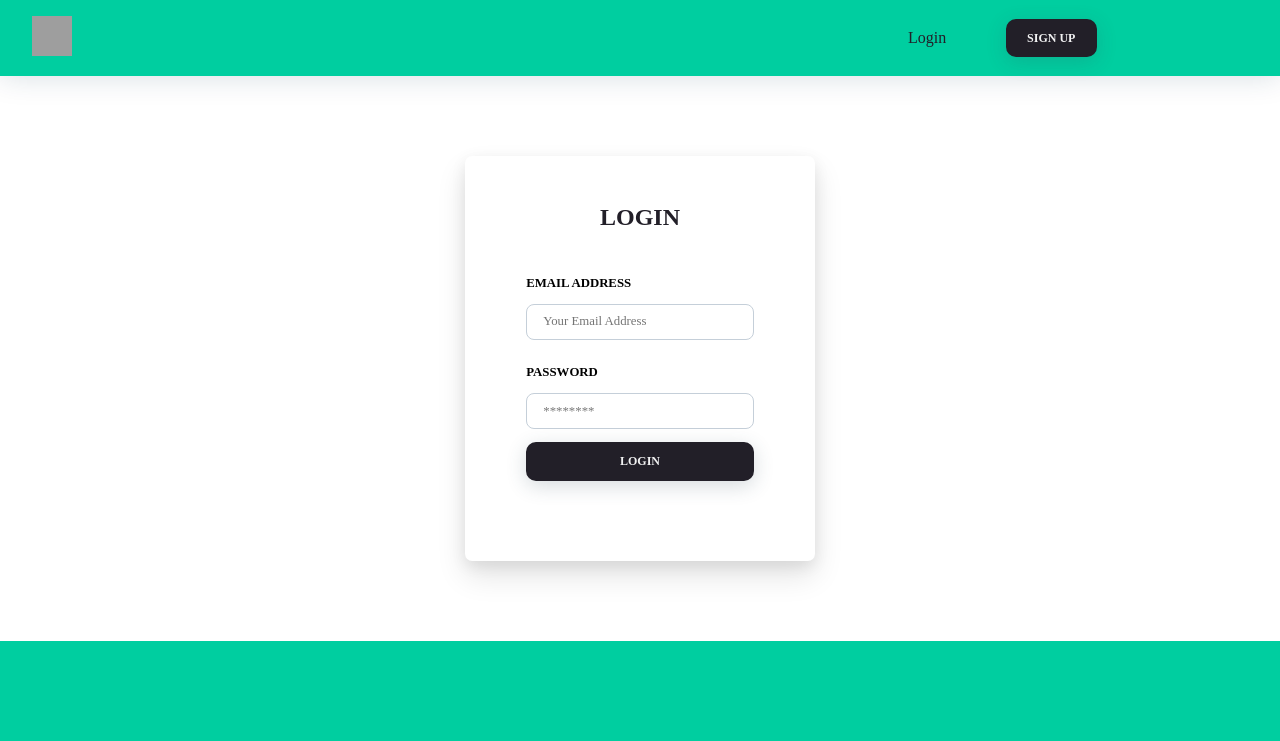
Repository: Gfreedoms/Epic-Mail
Page: pages/login.html
These files come from the project's save history. The page is drawn as it stood at one moment and after the next save; the edit follows.
The browser window is 1280 px wide. The pictures show the whole page.
Pictures or frames that could not be fetched are drawn as grey boxes. Some web fonts or font styles are not loaded; a fallback is used.

Above is the page before, as saved 2019-02-25 10:46:32.

### pages/login.html
<!DOCTYPE html>
<html lang="en">

<head>
	<meta charset="UTF-8">
	<meta name="viewport" content="width=device-width, initial-scale=1.0">
	<meta http-equiv="X-UA-Compatible" content="ie=edge">
	<link rel="apple-touch-icon" sizes="180x180" href="../assets/favicon/apple-touch-icon.png">
	<link rel="icon" type="image/png" sizes="32x32" href="../assets/favicon/favicon-32x32.png">
	<link rel="icon" type="image/png" sizes="16x16" href="../assets/favicon/favicon-16x16.png">
	<link rel="manifest" href="../assets/favicon/site.webmanifest">
	<link rel="mask-icon" href="../assets/favicon/safari-pinned-tab.svg" color="#5bbad5">
	<meta name="msapplication-TileColor" content="#da532c">
	<meta name="theme-color" content="#ffffff">
	<link rel="stylesheet" href="../styles/base.css">
	<link rel="stylesheet" href="../styles/format.css">
	<title>Login | EPIC MAIL - ANDELA BOOTCAMP</title>
</head>

<body>
	<!-- Navigation Section Starts -->
	<section id="navigation">
		<nav class="navbar">
			<a href="../" id="nav-brand">
				<img src="../assets/imgs/logo.svg" alt="">
			</a>
			<ul class="nav-menu">
				<li class="visibility"><a class="hover-t" href="./meetup.html">Meetups</a></li>
				<li class="visibility"><a class="hover-t" href="./questions.html">Questions</a></li>
				<li><a class="hover-t" href="./login.html">Login</a></li>
				<li><a class="reg-btn box-sh-dark hover-lg" href="./register.html">Sign Up</a></li>
			</ul>
			<a id="menu" href="">
				<img src="../assets/imgs/menu.svg" alt="">
			</a>
		</nav>
	</section>
	<!-- Navigation Section Ends -->

	<!-- SideBar Nav -->
	<ul id="sidebar" class="navbar-side side-hidden">
		<li><a href="./meetup.html">Meetups</a></li>
		<li><a href="./questions.html">Questions</a></li>
		<li><a href="./login.html">Login</a></li>
		<li><a class="" href="./register.html">SignUp</a></li>
	</ul>
	<!-- End SideBar Nav -->

	<div class="container">
		<div id="login-form" class="card mauto m4 p3">
			<form action="/" method="POST">
				<div class="container">
					<h3 class="md-text">Login</h3>
					<div class="m1 input">
						<label class="m1" for="name">Email Address</label>
						<input class="p1 b-rsm" type="text" name="email" placeholder="Your Email Address">
					</div>
					<div class="m1 input">
						<label class="m1" for="name">Password</label>
						<input class="p1 b-rsm" type="password" name="password" placeholder="********">
					</div>
					<div class="m2 input">
						<a class="reg-btn box-sh-dark hover-lg" href="./admin/profile.html">Login</a>
					</div>
				</div>
			</form>
		</div>
	</div>

	<footer class="bg-secondary">

	<script src="../scripts/index.js"></script>
</body>

</html>

### styles/base.css
@import url('./fonts.css');

* {
	margin: 0;
	padding: 0;
	box-sizing: border-box;
}

a {
	color: #221F28;
	text-decoration: none;
}

#navigation {
	z-index: 1;
	background: #00cea0;
	/* background: #F1F1F2; */
	width: 100%;
	height: auto;
	padding: 1rem 2rem;
	box-shadow: 0 0 30px rgba(7, 51, 84, .17);
	-webkit-box-shadow: 0 0 30px rgba(7, 51, 84, .17);
	-moz-box-shadow: 0 0 30px rgba(7, 51, 84, .17);
}

#nav-brand img {
    height: 40px;
    width: 40px;
}

.navbar {
	display: grid;
	grid-template-columns: 20% 40%;
	grid-gap: 30%;
	align-items: center;
}

.navbar-side {
	height: 100%;
	background: #F1F1F2;
	position: absolute;
	z-index: 9999;
	width: 350px;
	/* box-shadow: 9px -1px 29px 1px; */
	box-shadow: 13px 0px 22px -10px rgba(35, 31, 41, 0.44);
	padding: 20px;
	list-style-type: none;
}

.navbar-side li {
	padding: 20px 10px;
}

.navbar-side li:hover {
	background: #221F28;
	color: #F1F1F2;
}

.navbar-side li:hover>a {
	color: #F1F1F2;
}

.navbar-side a {
	font-family: 'Circular-Book';
}

.navbar-side a:hover {
	color: #F1F1F2;
}

.side-hidden {
	margin-left: -390px;
	transition: all 0.3s ease-out;
}

.side-active {
	margin-left: 0px;
	transition: all 0.3s ease-in;
}

.nav-menu {
	list-style-type: none;
	display: flex;
	align-items: center;
}

.nav-menu li {
	justify-content: center;
	flex: auto;
	display: flex;
}

.nav-menu a {
	text-decoration: none;
}

.reg-btn {
	background: #221F28;
	color: #F1F1F2;
	padding: 0.8rem 1.2rem;
	line-height: 9px;
	font-weight: 600;
	text-transform: uppercase;
	font-size: 12px;
	border-radius: 10px;
	-webkit-border-radius: 10px;
	-moz-border-radius: 10px;
	display: block;
	transition: all .5s ease;
	-webkit-transition: all .5s ease;
	-moz-transition: all .5s ease;
	border: 2px solid #221F28;
}

.btn {
	background: #221F28;
	color: #F1F1F2;
	padding: 1.5rem 1rem;
	line-height: 9px;
	font-weight: 600;
	text-transform: uppercase;
	font-size: 1.5rem;
	border-radius: 10px;
	-webkit-border-radius: 10px;
	-moz-border-radius: 10px;
	display: block;
	transition: all .5s ease;
	-webkit-transition: all .5s ease;
	-moz-transition: all .5s ease;
	border: 2px solid #221F28;
	text-align: center;
}

.cta-btn {
	background: #F1F1F2;
	color: #221F28;
	font-family: 'Circular-Bold';
	margin: 2rem 0;
	padding: 0.8rem 1.2rem;
	line-height: 2rem;
	font-size: 2rem;
	font-weight: 600;
	text-transform: uppercase;
	font-size: 1rem;
	border-radius: 10px;
	-webkit-border-radius: 10px;
	-moz-border-radius: 10px;
	transition: all .5s ease;
	-webkit-transition: all .5s ease;
	-moz-transition: all .5s ease;
	border: 2px solid #F1F1F2;
}

.btn.sm {
	width: 40%
}

.box-sh-dark {
	-webkit-box-shadow: 0 5px 20px rgba(51, 73, 90, .2);
	box-shadow: 0 5px 20px rgba(51, 73, 90, .2);
}

#section-hero {
	padding-top: 130px;
	padding-bottom: 130px;
	background-color: #393541;
	background-image: url("data:[embedded picture, 478 characters]");
	background-attachment: fixed;
	background-size: cover;
	background-repeat: no-repeat;
	background-position: 50%;
	min-height: 600px;
	position: relative;
	width: 100%;
	display: flex;
	align-items: CENTER;
}

/* @media screen and (max-width:1680px) {} */

@media screen and (min-width: 1680px) {
	.rsvp span {
		padding: 1rem 1.4rem !important;
		color: white !important;
		border-radius: 6px !important;
		cursor: pointer !important;
	}

	.nav-menu a.hover-t {
		font-size: 1.7rem !important;
	}

	.meetups span {
		font-size: 1.4rem !important;
	}

	.m1 {
		margin-top: 3rem !important;
		margin-bottom: 0.6rem !important;
	}

	#section-hero {
		background-position: 50%;
	}

	.nav-menu a.hover-t {
		font-size: 1.3rem;
	}

	.nav-menu a {
		text-decoration: none;
		font-size: 1.1rem;
	}

	.reg-btn {
		padding: 1.5rem 1.6rem 1.5rem;
	}

	.bg-text {
		font-size: 4rem !important;
	}

	.md-text {
		font-size: 2.2rem !important;
		margin-bottom: 1rem !important;
	}

	.sm-text {
		font-size: 1.5rem !important;
	}
}

.container {
	width: 75%;
	margin: 0 auto;
}

.w-sm {
	width: 80% !important;
}

.w-md {
	width: 60% !important;
}

.w-lg {
	width: 40% !important;
}

.hero-text {
	height: 100%;
}

.bg-text,
.md-text,
.sm-text {
	color: #F1F1F2;
}

.bg-text {
	margin-bottom: 1.5rem;
	font-family: 'Circular-Bold';
	font-weight: 700;
	font-size: 3rem;
}

.md-text {
	margin-bottom: 2rem;
	font-family: 'Circular-Book';
	font-weight: 400;
	font-size: 1.5rem;
}

.sm-text {
	margin-bottom: 1.5rem;
	font-family: 'Circular-Light';
	font-weight: 400;
	font-size: 1rem;
}

.info-section,
.info-platform,
.info-expl {
	padding: 3rem 0;
	min-height: 50%;
}

.info-section,
.info-expl {
	background: #F1F1F2;
}

.info-platform {
	background: #C5CFD9;
}

.info-section .container,
.info-platform .container,
.info-expl .container {
	display: grid;
	grid-template-columns: 1fr 1fr;
	/* padding: 50px; */
}

.side {
	margin-top: 2rem;
	margin-bottom: 2rem;
	position: relative;
}

.info-section p,
.info-section h3,
.info-platform p,
.info-platform h3,
.info-expl p,
.info-expl h3 {
	color: #221F28;
}

.bg-primary {
	background: #221F28;
}

.bg-secondary {
	background: #00cea0;
}

.info-desc {
	flex: 1;
	align-items: center;
	display: flex;
	flex-direction: column;
	justify-content: center;
}

.info-action {
	text-align: center;
}

.card {
	border-radius: .45rem;
	background: #ffffff;
	box-shadow: 0 15px 30px 0 rgba(0, 0, 0, .11), 0 5px 15px 0 rgba(0, 0, 0, .08);
}

.card-lg {
	border-radius: .25rem;
	background: #ffffff;
	box-shadow: 0 15px 30px 0 rgba(0, 0, 0, .11), 0 5px 15px 0 rgba(0, 0, 0, .08);
}

.mauto {
	margin-left: auto;
	margin-right: auto;
}

.m4 {
	margin-top: 5rem;
	margin-bottom: 5rem;
}

.m3 {
	margin-top: 3rem;
	margin-bottom: 3rem;
}

.m2 {
	margin-top: 2rem;
	margin-bottom: 2rem;
}

.m1 {
	margin-top: 0.6rem;
	margin-bottom: 0.6rem;
}

.p4 {
	padding-top: 5rem;
	padding-bottom: 5rem;
}

.p3 {
	padding-top: 3rem;
	padding-bottom: 3rem;
}

.p2 {
	padding-top: 2rem;
	padding-bottom: 2rem;
}

.p1 {
	padding-top: 0.6rem;
	padding-bottom: 0.6rem;
}

.t-al {
	text-align: center !important;
}

form label {
	font-weight: 600;
	text-transform: uppercase;
	font-size: 0.8rem;
	font-family: 'Circular-Book';
}

form .reg-btn {
	text-align: center;
}

#login-form {
	width: 350px;
}

#login-form h3,
#q-wrapper h3 {
	color: #221F28;
	text-transform: uppercase;
	font-weight: 800;
	text-align: center;
	/* border-bottom: 4px solid #221F28; */
}

.input {
	display: grid;
	grid-template-columns: 1fr;
	margin-top: 10px;
}

.input input {
	padding-left: 1rem;
	padding-right: 1rem;
	font-family: 'Circular-Light';
	font-size: 0.8rem;
	border: 1px solid #C5CFD9;
	background: #ffffff;
}

.input textarea {
	padding-left: 1rem;
	padding-right: 1rem;
	font-family: 'Circular-Light';
	font-size: 0.8rem;
	border: 1px solid #C5CFD9;
	background: #ffffff;
}

.input select {
	border: 1px solid #C5CFD9;
	padding: 0.4rem 0.5rem;
	height: 2rem;
}

.b-rsm {
	border-radius: 8px;
}

#menu {
	display: none;
}

#menu img {
	height: 30px;
}

img {
	height: 15rem;
	width: auto;
}

footer {
	padding: 50px 10px;
}

footer .container {
	display: grid;
	grid-template-columns: 1fr 1fr;
	/* margin-bottom: 50px; */
	grid-gap: 20px;
}

footer h3 {
	/* padding-bottom: 1rem; */
	/* border-bottom: 4px solid #F1F1F2; */
	text-align: center;
}

.social-links {
	display: grid;
	grid-template-columns: 1fr 1fr 1fr 1fr;
	margin-top: 50px;
}

.social-links img {
	height: 50px;
}

.social-links a {
	text-align: center;
}

.info-about h3 {
	margin-bottom: 0 !important;
}

.b-danger {
	background: #F01D43 !important;
}

.b-mild {
	background: #80808094 !important;
	color: #ffffff !important;
}

.b-success {
	background: #00cea0 !important;
}

.b-wicked {
	background: #ff003b !important;
}

/*
.b-wicked {
	background: #6a1b9a !important;
} */

.header {
	display: grid;
	grid-template-columns: 1fr 1fr;
	align-items: center;
}

.hover-t:hover {
	color: purple;
}

.hover-lg:hover {
	cursor: pointer;
	transform: scale(1.009, 1.009);
	-webkit-box-shadow: 2px 2px 20px 0px rgba(128, 128, 128, 0.74);
	-moz-box-shadow: 2px 2px 20px 0px rgba(128, 128, 128, 0.74);
	box-shadow: 2px 2px 20px 0px rgba(128, 128, 128, 0.74);
	transition: all 0.8s cubic-bezier(0.165, 0.84, 0.44, 1);
}

.visibility {
	visibility: hidden;
}

/* MEDIA QUERIES */
@media all and (max-width: 850px) {
	.navbar {
		grid-template-columns: 20% 60%;
		grid-gap: 20%;
	}
}

@media all and (max-width: 850px) {
	.nav-menu {
		display: none;
	}

	#menu {
		display: block;
		text-align: right;
	}
}

@media all and (max-width: 1050px) {
	.navbar {
		grid-template-columns: 20% 60%;
		grid-gap: 20%;
	}
}

@media all and (max-width: 350px) {
	img {
		height: 12rem;
		width: auto;
	}

	.social-links img {
		height: 40px;
	}
}

@media all and (max-width: 670px) {
	.social-links {
		margin-top: 25px;
	}

	.info-about {
		margin-bottom: 25px;
	}

	.nav-menu {
		flex-wrap: wrap;
	}

	.nav-menu>li {
		flex-basis: 50%;
	}

	.info-section .container,
	.info-platform .container,
	.info-expl .container {
		grid-template-columns: 1fr;
	}

	footer .container {
		grid-template-columns: 1fr;
		grid-gap: 10px;
	}
}

@media all and (max-width: 400px) {
	.nav-menu>li {
		flex-basis: 100%;
	}

	.intro a {
		width: 100% !important;
	}

	.btn {
		background: #221F28;
		color: #F1F1F2;
		padding: 0.8rem 1rem;
		line-height: 9px;
		font-weight: 600;
		text-transform: uppercase;
		font-size: 1rem;
		border-radius: 10px;
	}
}

@media all and (min-width: 576px) {
	.hide-lg {
		display: none !important;
	}
}

@media all and (max-width: 576px) {
	.hide-sm {
		display: none !important;
	}
}

@media all and (max-width: 450px) {
	.container {
		width: 80%;
	}

	#login-form {
		width: auto;
	}
}

@media all and (max-width: 400px) {
	.hero-text {
		top: 40%;
		width: 70%;
		left: 10%;
	}

	.md-text {
		font-family: 'Circular-Book';
		margin-bottom: 1rem;
		font-weight: 100;
		font-size: 1.2rem;
	}

	form label {
		font-family: 'Circular-Light';
	}

	.f-bold {
		font-family: 'Circular-Book' !important;
	}

	.bg-text {
		margin-bottom: 1.3rem;
		font-family: 'Circular-Book';
		font-weight: 400;
		font-size: 2rem;
	}

	.cta-btn {
		font-size: 0.7rem;
		padding: 0.4rem 1rem;
	}
}

@media (min-width: 576px) {
	.w-auto {
		width: 75% !important;
	}

	.container {
		width: 85%;
	}
}

@media (min-width: 768px) {
	.w-auto {
		width: 40% !important;
	}

	.container {
		width: 85%;
	}
}

@media (min-width: 992px) {
	.w-auto {
		width: 35% !important;
	}

	.container {
		width: 70%;
	}
}

@media (min-width: 1200px) {
	.w-auto {
		width: 40% !important;
	}

	.container {
		width: 65%;
	}
}

/* END MEDIA QUERIES */

### styles/format.css
.is-danger {
	color: red;
}

.divider {
	height: 0.2rem;
	background: #221F28;
	opacity: 0.1;
	margin: 1rem auto;
	width: 100%;
}

table {
	width: 750px;
	border-collapse: collapse;
	margin: 50px auto;
}

/* Zebra striping */
tr:nth-of-type(odd) {
	background: #eee;
}

th {
	background: #221F28;
	color: white;
	font-weight: bold;
}

td,
th {
	padding: 10px;
	border: 1px solid #ccc;
	text-align: left;
	font-size: 18px;
}

@media only screen and (max-width: 760px),
(min-device-width: 768px) and (max-device-width: 1024px) {

	table {
		width: 100%;
	}

	/* Force table to not be like tables anymore */
	table,
	thead,
	tbody,
	th,
	td,
	tr {
		display: block;
	}

	thead tr {
		position: absolute;
		top: -9999px;
		left: -9999px;
	}

	tr {
		border: 1px solid #ccc;
	}

	td {
		border: none;
		border-bottom: 1px solid #eee;
		position: relative;
		padding-left: 50%;
	}

	td:before {
		position: absolute;
		/* Top/left values mimic padding */
		top: 6px;
		left: 6px;
		width: 45%;
		padding-right: 10px;
		white-space: nowrap;
		/* Label the data */
		content: attr(data-column);

		color: #000;
		font-weight: bold;
	}

	tbody tr {
		padding: 1rem;
	}
}

.m1 {
	margin-top: 0.8rem !important;
	margin-bottom: 0.8rem !important;
}

.pagination {
	text-align: center;
	margin: 2rem auto;
}

.pagination span {
	padding: 10px;
	border-radius: 2px;
	font-family: 'Circular-Book';
	font-weight: 600;
	font-size: 1rem;
	margin: 0 5px;
}

@media screen and (min-width: 1680px) {
	.reg-btn {
		padding: 1.5rem 1.6rem 1.5rem;
		font-size: 1rem;
	}

	.input {
		margin-top: 2rem;
	}

	.nav-menu a.hover-t {
		font-size: 1.4rem !important;
	}
}

### scripts/index.js
(function () {
  function togggleSidebar(e) {
    e.preventDefault();
    const sideBar = document.getElementById('sidebar');
    sideBar.classList.toggle('side-active');
    sideBar.classList.toggle('side-hidden');
  }
  const menu = document.getElementById('menu');
  menu.addEventListener('click', togggleSidebar, false);
}());

### styles/fonts.css
@font-face {
	font-family: "Circular-Light";
	src:
		url("../assets/fonts/Circular-Light.woff") format("woff");
}
@font-face {
	font-family: "Circular-Book";
	src:
		url("../assets/fonts/Circular-Book.woff") format("woff");
}
@font-face {
	font-family: "Circular-Bold";
	src:
		url("../assets/fonts/Circular-Bold.woff") format("woff");
}

* {
	font-family: 'Circular-Light';
}

After the next save:
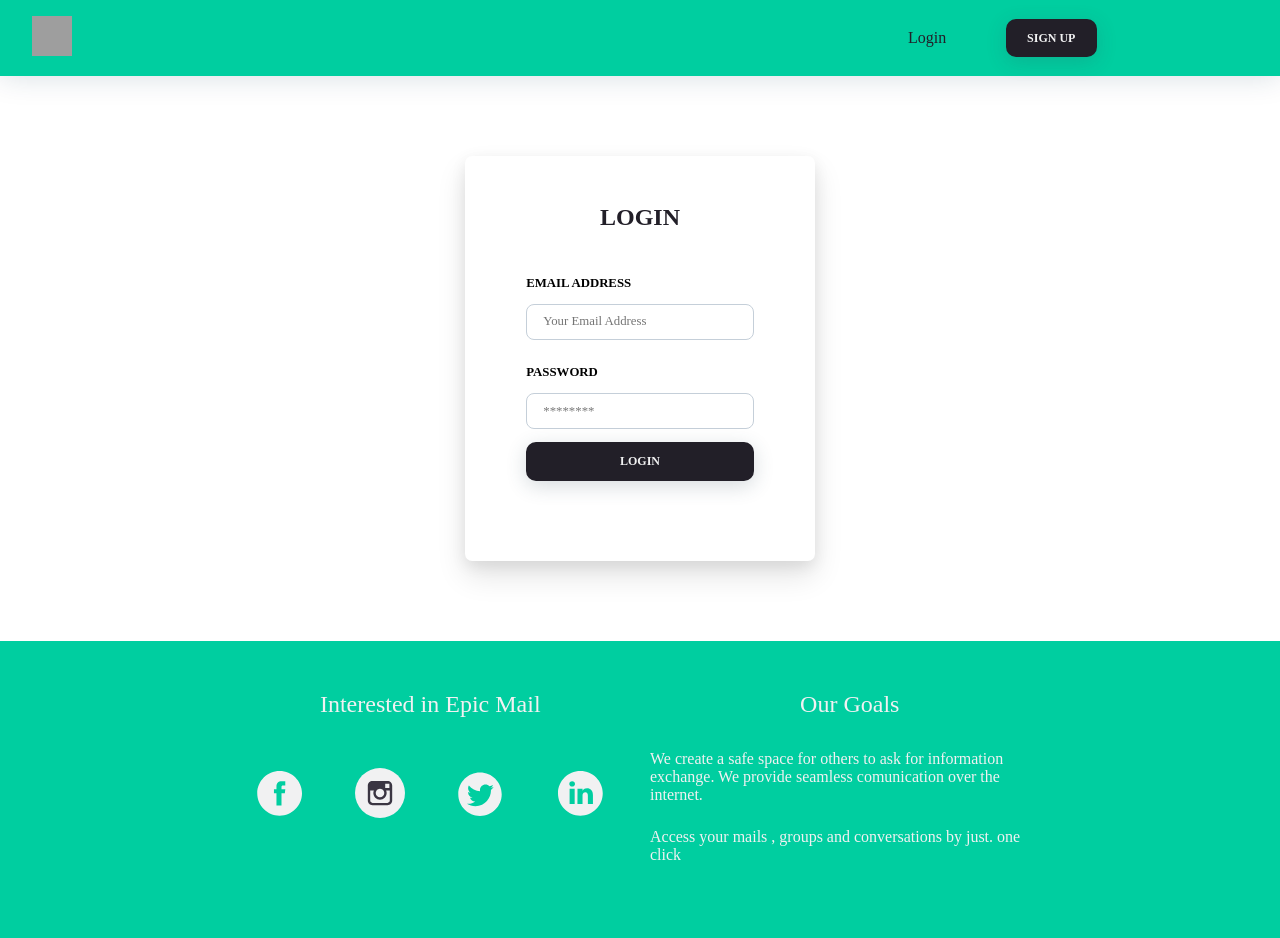
Saved 96 s later.
--- a/pages/login.html
+++ b/pages/login.html
@@ -68,6 +68,29 @@
 	</div>
 
 	<footer class="bg-secondary">
+		<div class="container">
+			<div class="info-about">
+				<h3 class="md-text">Interested in Epic Mail</h3>
+				<div class="social-links">
+					<a href="#!"><img src="./assets/imgs/icons/facebook.svg" alt=""></a>
+					<a href="#!"><img src="./assets/imgs/icons/instagram.svg" alt=""></a>
+					<a href="#!"><img src="./assets/imgs/icons/twitter.svg" alt=""></a>
+					<a href="#!"><img src="./assets/imgs/icons/linkedin.svg" alt=""></a>
+				</div>
+			</div>
+			<div class="additional-info">
+				<h3 class="md-text">Our Goals</h3>
+				<p class="sm-text">
+					We create a safe space for others to ask for information exchange.
+					We provide seamless comunication over the internet.
+				</p>
+				<p class="sm-text">
+					Access your mails , groups and conversations by just.
+					one click
+				</p>
+			</div>
+		</div>
+	</footer>
 
 	<script src="../scripts/index.js"></script>
 </body>
